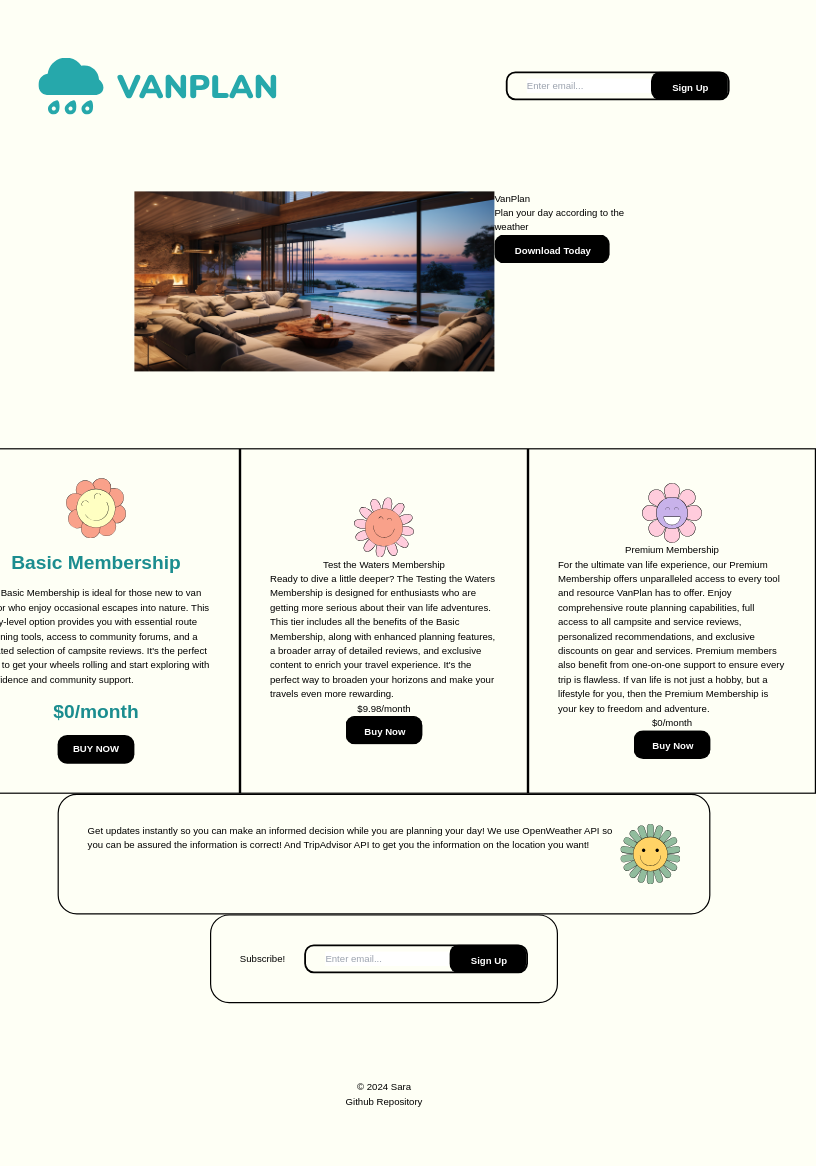
Repository: SaraShio/landing-page
Page: /
These files come from the project's save history. The page is drawn as it stood at one moment and after the next save; the edit follows.
The browser window is 1280 px wide. The page is 1360 px wide, then 1280 px, then 1360 px, so the pictures cover 1360 px, including what lies to the right of the window. The pictures show the whole page, at 60% of full size.
The project was rebuilt for these pictures with package versions that can differ from the ones it lists, and the page was loaded fresh each time. The framework's server and built-in components were replaced by stand-ins that run in the browser. Also part of the build but not shown: next.config.mjs.

Above is the page before, as saved 2024-03-08 21:44:03.

After the next save:
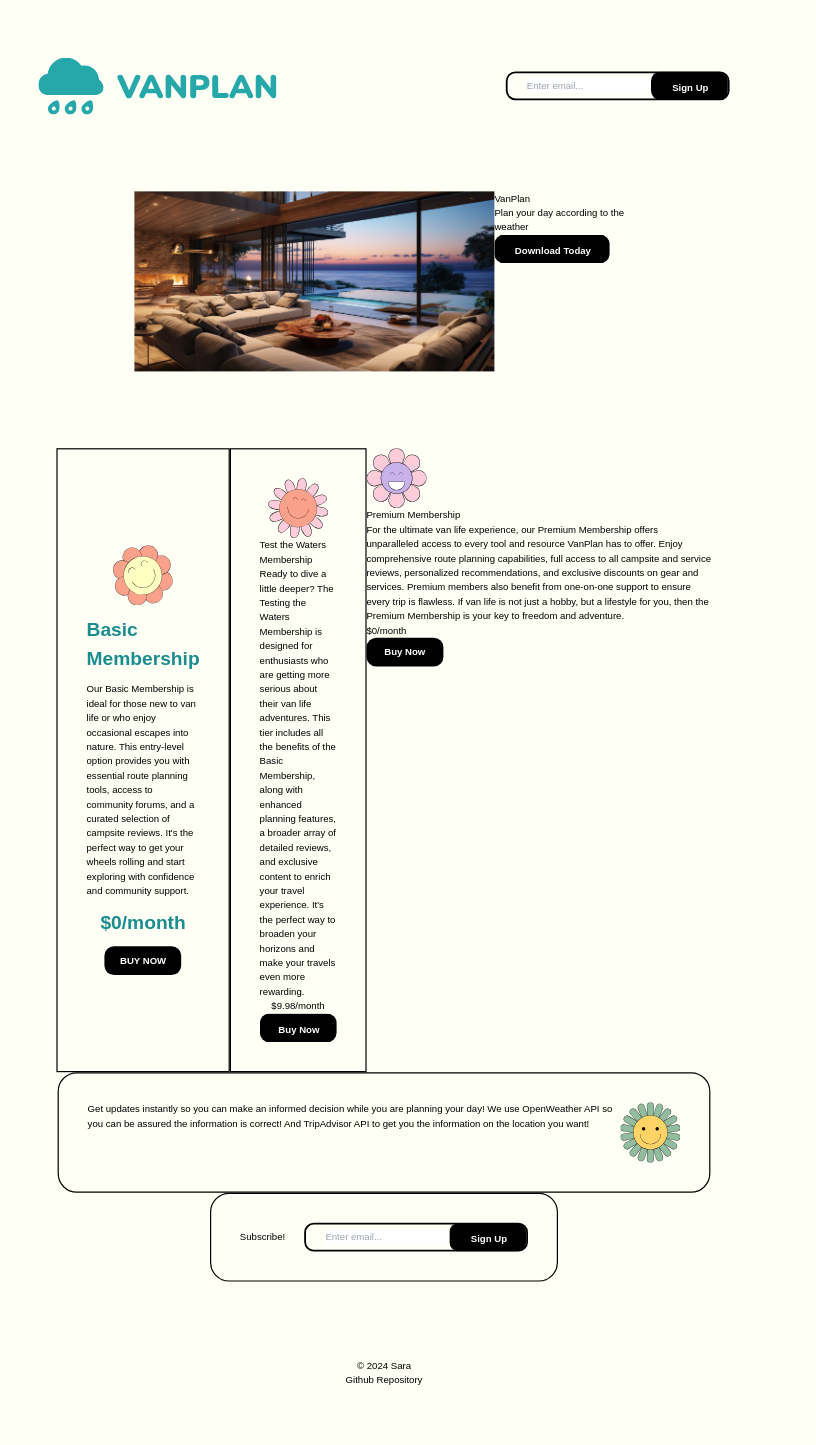
Saved 19 s later.
--- a/components/CardThree/CardThree.module.css
+++ b/components/CardThree/CardThree.module.css
@@ -1,4 +1,4 @@
-.card_three_container{
+.card_one_container {
     border: 2px solid var(--black);
     padding: var(--card-padding);
     width: 30rem;
@@ -6,10 +6,17 @@
     flex-direction: column;
     justify-content: center;
     align-items: center;
-}
+  }
 
-.buy_button{
-    border: 3px solid var(--black);
+  .card_one_container > h1 {
+    font-size: 2rem;
+    color: var(--dark-teal);
+    font-weight: bold;
+    margin-top: 1rem;
+    margin-bottom: 1rem;
+  }
+
+  .buy_button {
     border-right: none;
     border-radius: 1rem;
     padding: 12px;
@@ -17,5 +24,13 @@
     height: 3rem;
     background-color: var(--black);
     color: var(--white);
-    font-weight: 600;
-}
+    font-weight: 800;
+  }
+
+  .buy_button:hover {
+    background-color: var(--white);
+    color: var(--dark-teal);
+    border: 2px solid var(--dark-teal);
+    width: 10rem;
+    height: 3rem;
+  }

After the 3 saves that followed:
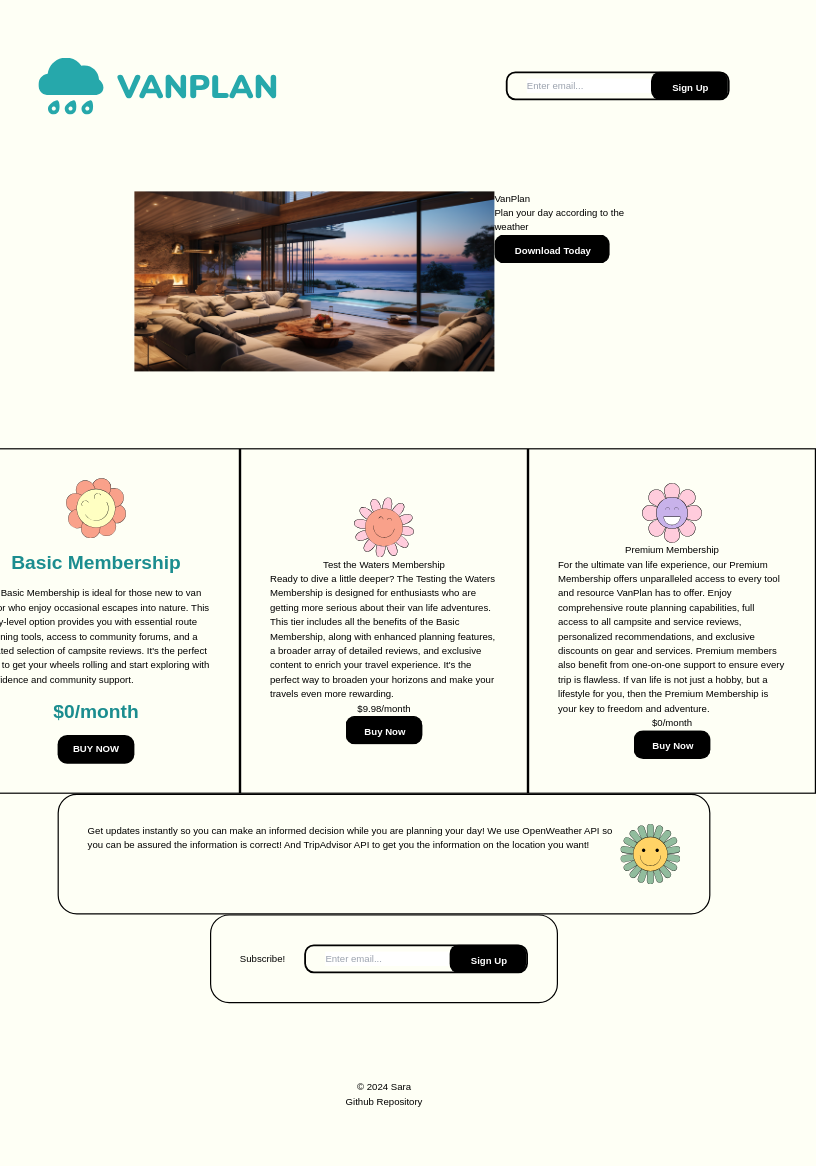
The 3 saves are shown as one change because 1 left the picture as it was and some came seconds apart.
The last was saved 10 s later.
--- a/components/CardThree/CardThree.module.css
+++ b/components/CardThree/CardThree.module.css
@@ -1,4 +1,4 @@
-.card_one_container {
+.card_three_container{
     border: 2px solid var(--black);
     padding: var(--card-padding);
     width: 30rem;
@@ -6,17 +6,10 @@
     flex-direction: column;
     justify-content: center;
     align-items: center;
-  }
+}
 
-  .card_one_container > h1 {
-    font-size: 2rem;
-    color: var(--dark-teal);
-    font-weight: bold;
-    margin-top: 1rem;
-    margin-bottom: 1rem;
-  }
-
-  .buy_button {
+.buy_button{
+    border: 3px solid var(--black);
     border-right: none;
     border-radius: 1rem;
     padding: 12px;
@@ -24,13 +17,5 @@
     height: 3rem;
     background-color: var(--black);
     color: var(--white);
-    font-weight: 800;
-  }
-
-  .buy_button:hover {
-    background-color: var(--white);
-    color: var(--dark-teal);
-    border: 2px solid var(--dark-teal);
-    width: 10rem;
-    height: 3rem;
-  }
+    font-weight: 600;
+}
